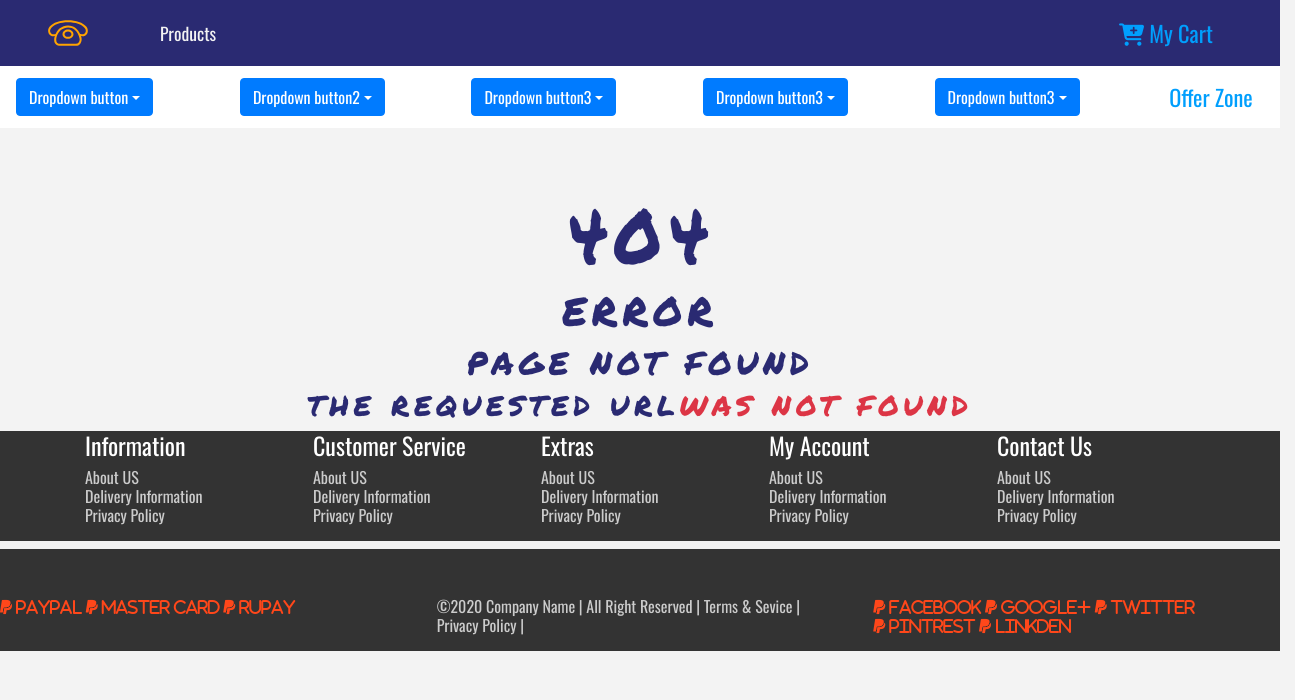
Repository: aditya1068/Online-Store
Page: /videos
These files come from the project's save history. The page is drawn as it stood at one moment and after the next save; the edit follows.
The browser window is 1280 px wide. The page is 1295 px wide, so the pictures cover 1295 px, including what lies to the right of the window. The pictures show the whole page.
Some web libraries are served in a nearby version. The project was rebuilt for these pictures with package versions that can differ from the ones it lists, and the page was loaded fresh each time. Also part of the build but not shown: src/components/Products.js, src/components/Title.js, src/components/ProductsList.js, src/components/Details.js, src/components/Cart.js, src/components/Slider.js.

Above is the page before, as saved 2020-04-14 19:35:42.

### public/index.html
<!DOCTYPE html>
<html lang="en">
  <head>
    <meta charset="utf-8" />
    <link rel="icon" href="%PUBLIC_URL%/favicon.ico" />
    <meta name="viewport" content="width=device-width, initial-scale=1" />
    <meta name="theme-color" content="#000000" />
    <meta
      name="description"
      content="Web site created using create-react-app"
    />
    <link rel="apple-touch-icon" href="%PUBLIC_URL%/logo192.png" />
    <!--
      manifest.json provides metadata used when your web app is installed on a
      user's mobile device or desktop. See https://developers.google.com/web/fundamentals/web-app-manifest/
    -->
    <link rel="manifest" href="%PUBLIC_URL%/manifest.json" />
    <!--
      Notice the use of %PUBLIC_URL% in the tags above.
      It will be replaced with the URL of the `public` folder during the build.
      Only files inside the `public` folder can be referenced from the HTML.

      Unlike "/favicon.ico" or "favicon.ico", "%PUBLIC_URL%/favicon.ico" will
      work correctly both with client-side routing and a non-root public URL.
      Learn how to configure a non-root public URL by running `npm run build`.
    -->
    <!--Google Fonts-->
    <link href="https://fonts.googleapis.com/css?family=Oswald|Permanent+Marker&display=swap" rel="stylesheet">

    <!--Font Awesome-->
    <script src="https://kit.fontawesome.com/7ff98d2d13.js" crossorigin="anonymous"></script>
    <title>Store</title>
  </head>
  <body>
    <noscript>You need to enable JavaScript to run this app.</noscript>
    <div id="root"></div>
    <!--
      This HTML file is a template.
      If you open it directly in the browser, you will see an empty page.

      You can add webfonts, meta tags, or analytics to this file.
      The build step will place the bundled scripts into the <body> tag.

      To begin the development, run `npm start` or `yarn start`.
      To create a production bundle, use `npm run build` or `yarn build`.
    -->
  </body>
</html>

### src/index.js
import React from 'react';
import ReactDOM from 'react-dom';
import './index.css';
import 'bootstrap';
//import 'bootstrap/dist/css/bootstrap.css';
//import 'bootstrap/dist/js/bootstrap.js';
import App from './App';
import { BrowserRouter as Router } from 'react-router-dom';
import {ProductProvider } from './context';
import * as serviceWorker from './serviceWorker';

ReactDOM.render(
    <ProductProvider>

    <Router>
    <App/>
    </Router>

    </ProductProvider>,



 document.getElementById('root'));

// If you want your app to work offline and load faster, you can change
// unregister() to register() below. Note this comes with some pitfalls.
// Learn more about service workers: https://bit.ly/CRA-PWA
serviceWorker.unregister();

### src/App.js
import React, { Component } from "react";
import {Route,Switch} from 'react-router-dom';
import { BrowserRouter as  Router} from 'react-router-dom';
import './App.css';
import "bootstrap/dist/css/bootstrap.min.css";
import Navbar from "./components/Navbar";
import Navbar1 from "./components/Navbar1";
import ProductsList from "./components/ProductsList";
import Details from "./components/Details";
import Cart from "./components/Cart";
import Default from "./components/Default";
import Modal from './components/Modal';
import Slider from "./components/Slider";
import Footer from "./components/Footer";
import Footer2 from "./components/Footer2";

class App extends Component {
  render() {
    return(

      <Router>
        <Navbar />

        <Navbar1 />

          <Switch>
            <Route path ="/" exact component ={
              () => (<ProductsList></ProductsList>)
            } />

            <Route path ="/details" exact component ={
              () => (<Details></Details>)
             } />

            <Route path ="/cart" exact component ={
              () => (<Cart></Cart>)
            } />

              <Route  component ={
              () => (<Default></Default>)
            } />

              </Switch>

            <Modal />
            <Footer /> <Footer2 />

  </Router>

    );
  }
}

export default App;

### src/context.js
import React, { Component } from 'react';
import { storeProducts, detailProduct } from './data';

const ProductContext = React.createContext();
// Provider
// Consumer

class ProductProvider extends Component {
   state = {
     products: [],
     detailProduct: detailProduct,
     cart: [],
     modalOpen: false,
     modalProduct: detailProduct,
     cartSubTotal: 0,
     cartTax: 0,
     CartTotal: 0,
   };

   componentDidMount() {
     this.setProducts();
   }

   setProducts = () => {
     let tempProducts = [];
     storeProducts.forEach(item => {
       const singleItem = { ...item };
       tempProducts = [...tempProducts, singleItem];
     });
     this.setState(() => {
       return { products: tempProducts };
     });
   };

    getItem = (id) => {
      const product = this.state.products.find(item => item.id === id);
      return product;
    };

   handleDetail =(id) => {
     const product = this.getItem(id);
     this.setState(() => {
       return { detailProduct:product };
     });
   };

 addToCart =(id) => {
   let tempProducts = [...this.state.products];
   const index = tempProducts.indexOf(this.getItem(id));
   const product = tempProducts[index];
   product.inCart = true;
   product.count = 1;
   const  price  = product.price;
   product.total = price;
   this.setState(() => {
     return { products: tempProducts, cart: [...this.state.cart, product] };
   },
   () => {
     this.addTotals();
   });
 };

    openModal = id => {
      const product = this.getItem(id);
      this.setState(() => {
        return { modalProduct: product, modalOpen: true };
      });
    }

closeModal = () => {
  this.setState(() => {
    return { modalOpen: false };
  });
};

increment = (id) => {
  let tempCart = [...this.state.cart];
  const selectedProduct = tempCart.find(item=>item.id === id);

  const index = tempCart.indexOf(selectedProduct);
  const product = tempCart[index];

  product.count += 1;
  product.total = product.count * product.price;

  this.setState(() => {
    return { cart: [...tempCart] };
  },
  () => {
    this.addTotals();
  });
}

decrement = (id) => {
  let tempCart = [...this.state.cart];
  const selectedProduct = tempCart.find(item => item.id === id);

  const index = tempCart.indexOf(selectedProduct);
  const product = tempCart[index];
  product.count = product.count - 1;
  if (product.count === 0) {
    this.removeItem(id);
  } else {
    product.total = product.count * product.price;
    this.setState(() => {
      return { cart: [...tempCart] };
    },
    () => { this.addTotals(); });
  }
};

removeItem = (id) => {
  const tempProducts = [...this.state.products];
  let tempCart = [...this.state.cart];

  tempCart = tempCart.filter(item => item.id !== id);
  const index = tempProducts.indexOf(this.getItem(id));
  const removedProduct = tempProducts[index];
  removedProduct.inCart = false;
  removedProduct.Count = 0;
  removedProduct.total = 0;
  this.setState(() => {
    return {
      cart: [...tempCart],
      products: [...tempProducts],
    };
  });
}

clearCart =() => {
  this.setState(() => {
    return { cart: [] };
  }, () => {
    this.setProducts();
    this.addTotals();
  });
};

addTotals =() => {
  let subTotal = 0;
  this.state.cart.map(item => (subTotal += item.total));
  const tempTax = subTotal * .18;
  const tax = parseFloat(tempTax.toFixed(1));
  const total = subTotal + tax;
  this.setState(() => {
    return {
      cartSubTotal: subTotal,
      cartTax: tax,
      CartTotal: total,
    };
  });
};

render() {
  return (
    <ProductContext.Provider value={{
      ...this.state,
      handleDetail: this.handleDetail,
      addToCart: this.addToCart,
      openModal: this.openModal,
      closeModal: this.closeModal,
      increment: this.increment,
      decrement: this.decrement,
      removeItem: this.removeItem,
      clearCart: this.clearCart,
    }}
    >
      {this.props.children}
    </ProductContext.Provider>
  );
}
}


const ProductConsumer = ProductContext.Consumer;

export { ProductProvider, ProductConsumer };

### src/App.css
:root{
  --mainBlue: #2a2a72;
  --lightBlue: #009ffd;
  --mainWhite: #f3f3f3;
  --mainDark: #232528;
  --mainYellow: #ffa400;
}
body{
    font-family: 'Oswald', sans-serif !important;
    background: var(--mainWhite)!important;
    color: var(--mainBlue)!important ;
}
.text-title{
font-family: 'Permanent Marker', cursive;
letter-spacing: 0.3rem;
text-transform: uppercase;
}
.text-blue{
  color: var(--mainBlue);
}
.text-bright{
  color: var(--lightBlue);
}
.btn-black{
  background: transparent;
  text-transform: capitalize;
  font-size: 0.6rem !important;
  color: var(--mainDark);
  border-radius: 0 !important;
  border: 0.1rem solid var(--mainDark) !important;
}

.btn-black:hover{
  background: var(--mainDark) !important;
  color: var(--mainWhite) !important;
}

.cart-icon{
  cursor: pointer;
  font-size: 1.2rem;
  color: var(--mainYellow);
}

### src/components/Navbar.js
import React, { Component } from 'react';
import {Link} from 'react-router-dom';
import logo from "../logo.svg";
import styled from "styled-components";
import {ButtonContainer} from  './button';
export default class Navbar extends Component{
    render(){
        return(

           <NavWrapper className="navbar navbar-expand-sm navbar-dark  px-sm-5">
               { /*
                https://www.iconfinder.com/icons/1243689/call_phone_icon
                Creative Commons (Attribution 3.0 Unported);
               https://www.iconfinder.com/Makoto_msk */}
    <Link to ='/' >
     <img src={logo} alt = "store" className="navbar-brand" />
    </Link>
    <ul className= "navbar-nav align-items-center">
        <li className="nav-item ml-5">
        <Link to= "/" className= "nav-link">
            products
            </Link>
            </li>
        </ul>
        <Link to= '/Cart' className="ml-auto">

        <ButtonContainer>
            <span className ="mr-2">
                <i className="fas fa-cart-plus"></i>  my cart
                </span> </ButtonContainer>
        </Link>
            </NavWrapper>
        );
    }
}

const NavWrapper =styled.nav`
background: var(--mainBlue);
.nav-link{
    color:var(--mainWhite)!important;
    font-size: 1.1rem;
    text-transform: capitalize;
}
`;

### src/components/Navbar1.js
import React, { Component } from 'react'
import Dropdown from 'react-bootstrap/Dropdown';
import { BrowserRouter as  Router} from 'react-router-dom';
import Route from 'react-router-dom/Route';
import {Link} from 'react-router-dom';
import styled from "styled-components";
import DropdownButton from 'react-bootstrap/DropdownButton';
import {ButtonContainer} from './button';
import Videos from './Videos';
export default class Navbar1 extends Component {

  render() {
    return (

      <Dropdown className="navbar navbar-dark bg-white mb-3 margin-left -38px;
      display: none">
      <DropdownButton id="dropdown-item-button" title="Dropdown button">


  </DropdownButton>

     <DropdownButton id="dropdown-item-button" title="Dropdown button2">



   </DropdownButton>

     <DropdownButton id="dropdown-item-button" title="Dropdown button3">
     <Dropdown.Item as="button">Action3</Dropdown.Item>
     <Dropdown.Item as="button">Another action2</Dropdown.Item>
     <Dropdown.Item as="button">Something else2</Dropdown.Item>
     <Dropdown.Item as="button">Action3</Dropdown.Item>


   </DropdownButton>

   <DropdownButton id="dropdown-item-button" title="Dropdown button3">
     <Dropdown.Item as="button">Action3</Dropdown.Item>
     <Dropdown.Item as="button">Another action2</Dropdown.Item>
     <Dropdown.Item as="button">Something else2</Dropdown.Item>
   </DropdownButton>

   <DropdownButton id="dropdown-item-button" title="Dropdown button3">
     <Dropdown.Item as="button">Action3</Dropdown.Item>
     <Dropdown.Item as="button">Another action2</Dropdown.Item>
     <Dropdown.Item as="button">Something else2</Dropdown.Item>
   </DropdownButton>


   <ButtonContainer to= "/" className= "nav-link"> Offer Zone </ButtonContainer>
   <Router>

   <Route path ="/cart" exact component ={
              () => (<Videos></Videos>)
            } />
   </Router>

   </Dropdown>

    );
  }
}

### src/components/Default.js
import React, { Component } from 'react'

export default class Default extends Component {
  render() {
    console.log(this.props);
    return (
   <div className= "container">
    <div className= "row">
    <div className="col-10 mx-auto text-center text-title text-uppercase pt-5">
      <h1 className="display-3"> 404</h1>
      <h1>error</h1>
      <h2>page not found</h2>
      <h3>The requested url
        <span className="text-danger">
         was not found </span>
           </h3>
    </div>
     </div>
   </div>
    );
  }
}

### src/components/Modal.js
import React, { Component } from 'react'
import styled from 'styled-components';
import {ProductConsumer} from '../context';
import {ButtonContainer } from './button';
import {Link} from "react-router-dom";


export default class  extends Component {
    render() {
        return (
            <ProductConsumer>
                {(value) => {
                    const {modalOpen,closeModal} = value;
                    const {img,title,price} = value.modalProduct;

                    if(!modalOpen){
                        return null;
                    }

                    else{
                return (
                <ModalContainer>
    <div className="container">
    <div className="row">
      <div id="modal" className= "col-8 mx-auto col-md-6 col-lg-4 text-center text-capitalize">
    <h5>item added to the cart</h5>
    <img src={img} className="img-fluid" alt="product" />
    <h5>{title}</h5>
    <h5 className= "text-muted">price : $ {price} </h5>
    <Link to ='/'>
        <ButtonContainer onClick={()=>closeModal()}>
            continue Shopping
        </ButtonContainer>
    </Link>
    <Link to ='/cart'>
        <ButtonContainer cart onClick={()=>closeModal()}>
            go to Cart
        </ButtonContainer>
    </Link>
    </div>
    </div> </div>
                        </ModalContainer>
                        );

                }
            }}
            </ProductConsumer>
        );
    }
}

const ModalContainer = styled.div`
position:fixed;
top: 0;
left: 0;
right: 0;
bottom: 0;
background: rgba(0,0,0,0.3);
display: flex;
align-items: center;
justufy-content: center;
#modal{
    background: var(--mainWhite);
}
`;

### src/components/Footer.js
import React, { Component } from 'react';


export default class Footer extends Component {
    render() {
      return (
          <div className="main-footer"  >
             <h1 style={{backgroundColor: "#333333"}}>
              <div className= "container">
              <div className= "row">
                  {/* column1 */}
                  <div className= "col">
                  <h4 style={{color: "#ffffff"}}>Information</h4>
                      <ul className="list-unstyled" style={{color: "#cccccc"}} >
                         <h6> <li>About US </li> {"\n"}
                          <li>Delivery Information</li> {"\n"} {"\n"} {"\n"}
                          <li>Privacy Policy</li></h6>
                      </ul>
                  </div>
                  {/* column2 */}
                  <div className= "col">
                      <h4 style={{color: "#ffffff"}}>Customer Service</h4>
                      <ul className="list-unstyled" style={{color: "#cccccc"}}>
                         <h6> <li>About US</li>
                          <li>Delivery Information</li>
                          <li>Privacy Policy</li></h6>
                      </ul>
                  </div>
                  {/* column3 */}
                  <div className= "col">
                      <h4 style={{color: "#ffffff"}}>Extras</h4>
                      <ul className="list-unstyled" style={{color: "#cccccc"}}>
                         <h6> <li>About US</li>
                          <li>Delivery Information</li>
                          <li>Privacy Policy</li></h6>
                      </ul>
                  </div>
                  {/*column 4 */}
                  <div className= "col">
                      <h4 style={{color: "#ffffff"}}>My Account</h4>
                      <ul className="list-unstyled" style={{color: "#cccccc"}}>
                        <h6>  <li>About US</li>
                          <li>Delivery Information</li>
                          <li>Privacy Policy</li></h6>
                      </ul>
                  </div>
                   {/*column 5 */}
                   <div className= "col">
                      <h4 style={{color: "#ffffff"}} >Contact Us</h4>
                      <ul className="list-unstyled" style={{color: "#cccccc"}}>
                        <h6>  <li>About US</li>
                          <li>Delivery Information</li>
                          <li>Privacy Policy</li></h6>
                      </ul>
                  </div>



                  </div>
              </div></h1>
          </div>

      )
      }}

### src/components/Footer2.js
import React, { Component } from 'react';

export default class Footer2 extends Component {
    render() {
      return (
        <div className="second-footer">
            <h1 style={{backgroundColor: "#333333"}}>
              <span className= "container"></span>
              <div className= "row">
                  {/* column1 */}
                  <div className= "col" style={{color: "#ff471a"}}>
                      <ul className="list-unstyled" >
                        <h6> <i className="fab fa-paypal"> Paypal </i> {""}
                          <i className="fab fa-paypal"> Master Card </i> {""}
                          <i className="fab fa-paypal"> Rupay </i> {""}</h6>
                      </ul>
                  </div>
                          {/* column2 */}
                   <div className= "col">

                      <ul className="list-unstyled" style={{color: "#cccccc"}}>
                         <h6>  &copy;{(new Date().getFullYear())} Company Name | All Right Reserved |
                           Terms & Sevice | Privacy Policy |    </h6>
                      </ul>
                  </div>

                        {/*Column 3*/}
                        <div className= "col">
                      <ul className="list-unstyled" style={{color: "#ff471a"}}>
                     <h6><i className="fab fa-paypal"> Facebook </i> {""}
                          <i className="fab fa-paypal"> Google+ </i> {""}
                          <i className="fab fa-paypal"> Twitter </i> {""}
                          <i className="fab fa-paypal"> Pintrest </i> {""}
                          <i className="fab fa-paypal"> Linkden </i> {""}</h6>

                      </ul>
                  </div>

                  </div></h1>
                 </div>



      )
    }
}

### src/components/button.js
import styled from "styled-components"



export const ButtonContainer = styled.button`
text-transform:capitalize;
font-size:1.4rem;
background: transparent;
border: 0.05 rem solid var(--lightBlue);
color: var(--lightBlue);
border-color: ${props => (props.cart? "var(--mainYellow)": "var--(lightBlue)")};
color ${prop => prop.cart ? "var(--mainYellow)": "var--(lightBlue)"};
border-radius: 0.5rem;
padding:0.2rem;
cursor:pointer;
margin:0.2rem 0.5rem 0.2rem 0;
transition:all 0.5s ease-in-out;
&:hover: {
    background:${prop => prop.cart ? "var(--mainYellow)": "var--(lightBlue)"};
    color:var(--mainBlue);
}
&:focus{
    outLine: none;
}
`;

### src/components/Videos.js
import React, { Component } from 'react';
import {Route,Switch} from 'react-router-dom';

export default class Videos extends Component {
    render() {
        return (
            <div>
              <h1>Videos</h1>
            </div>
        )
    }
}

Loaded but not shown: src/index.css (common file); src/serviceWorker.js (common file); src/data.js (99 lines, source omitted)

After the next save:
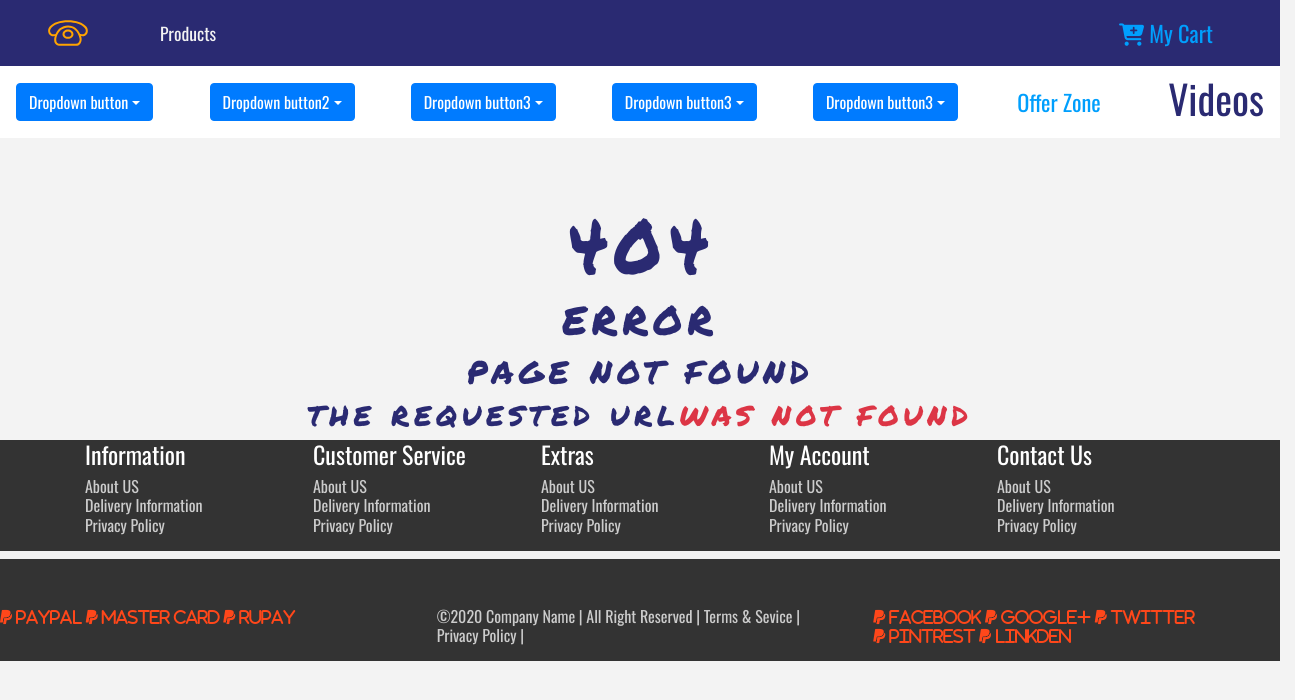
Saved 41 s later.
--- a/src/components/Navbar1.js
+++ b/src/components/Navbar1.js
@@ -54,7 +54,7 @@ export default class Navbar1 extends Component {
               () => (<Videos></Videos>)
             } />
    </Router>
-
+   <Videos />
    </Dropdown>
 
     );
